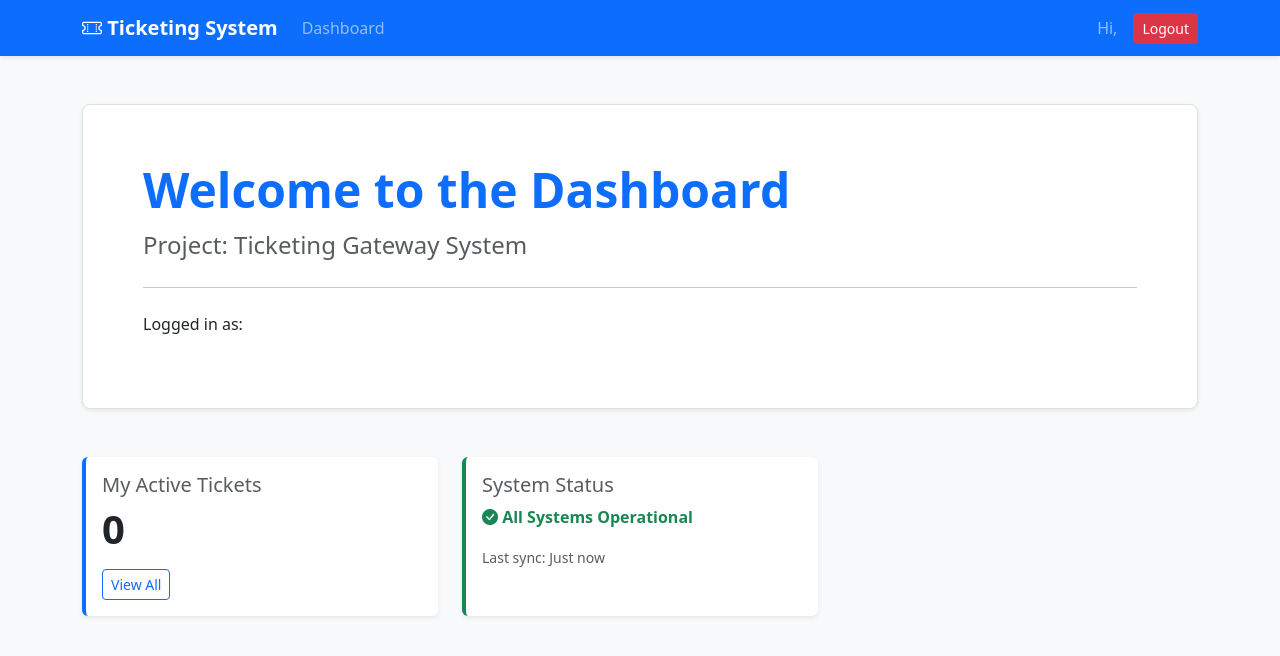
Repository: stevethetechguy/Ticketing-Gateway-System
Page: http://localhost/TicketGatewayUI/WEB-INF/views/home.jsp
The author's editor kept a copy of each file at every save. The page is drawn from the files as they stood at one save, then again after the next save.
The browser window is 1280 px wide. The pictures show the whole page.
The page is served by Tomcat 9. Nobody is signed in. The template is opened directly, without the code that normally fills it, so the values that code supplies are empty.

Above is the page before, as saved 2026-02-05 18:17:07.

After the next save:
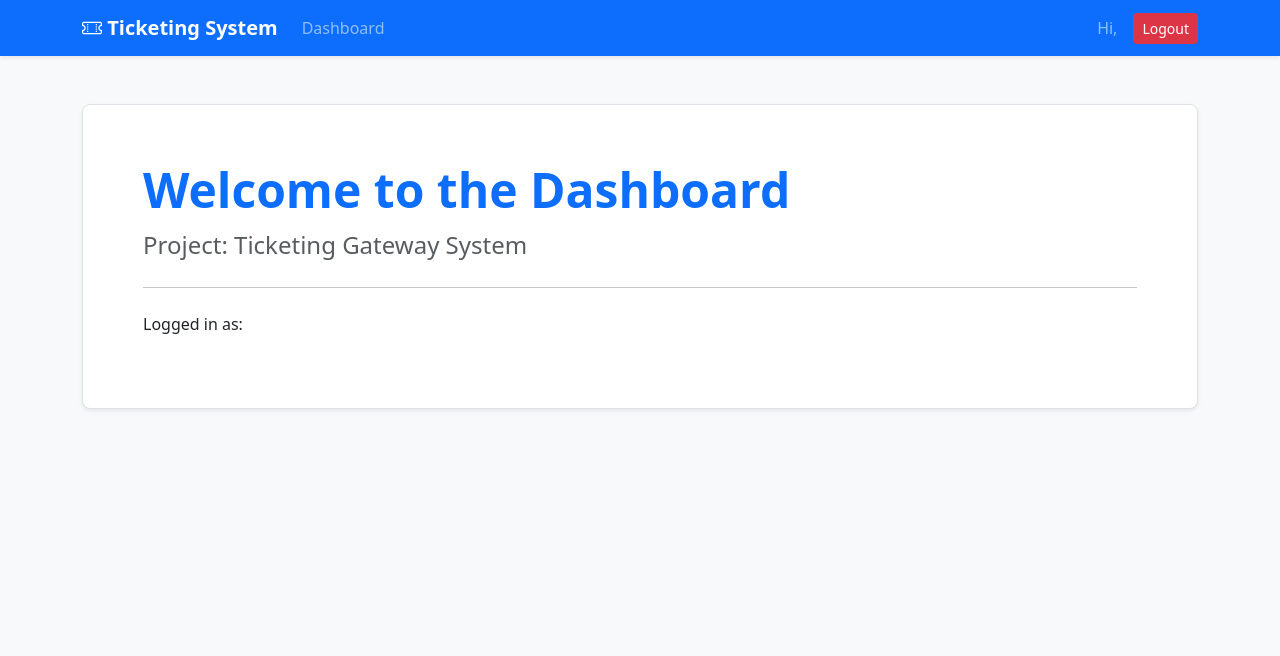
Saved 99 s later.
--- a/TicketGatewayUI/src/main/webapp/WEB-INF/views/home.jsp
+++ b/TicketGatewayUI/src/main/webapp/WEB-INF/views/home.jsp
@@ -35,39 +35,7 @@
             </div>
         </div>
 
-        <div class="row g-4">
-            <div class="col-md-4">
-                <div class="card h-100 shadow-sm border-0 border-start border-primary border-4">
-                    <div class="card-body">
-                        <h5 class="card-title text-muted">My Active Tickets</h5>
-                        <p class="display-6 fw-bold">0</p>
-                        <a href="#" class="btn btn-sm btn-outline-primary">View All</a>
-                    </div>
-                </div>
-            </div>
 
-            <sec:authorize access="hasRole('MANAGER')">
-                <div class="col-md-4">
-                    <div class="card h-100 shadow-sm border-0 border-start border-warning border-4">
-                        <div class="card-body">
-                            <h5 class="card-title text-muted">Pending Approvals</h5>
-                            <p class="display-6 fw-bold">0</p>
-                            <a href="${pageContext.request.contextPath}/approvals" class="btn btn-sm btn-outline-warning text-dark">Review Now</a>
-                        </div>
-                    </div>
-                </div>
-            </sec:authorize>
-
-            <div class="col-md-4">
-                <div class="card h-100 shadow-sm border-0 border-start border-success border-4">
-                    <div class="card-body">
-                        <h5 class="card-title text-muted">System Status</h5>
-                        <p class="text-success fw-bold"><i class="bi bi-check-circle-fill"></i> All Systems Operational</p>
-                        <small class="text-muted">Last sync: Just now</small>
-                    </div>
-                </div>
-            </div>
-        </div>
     </div>
 
 </body>
